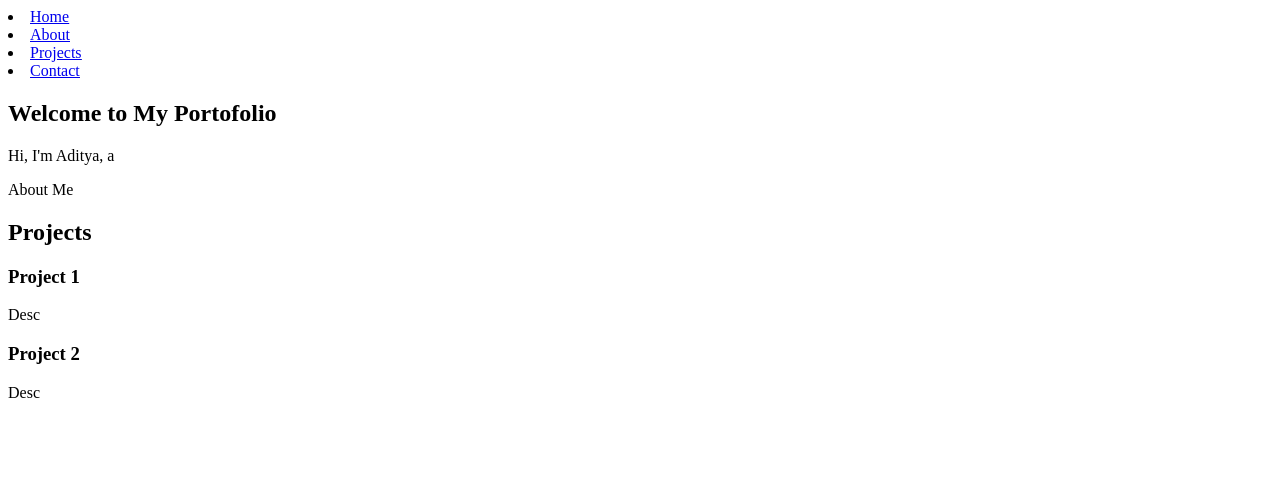
Repository: 4Kbrain/Portofolio
Page: index.html
An editor plug-in stored every save of this project. The page is shown before and after a run of saves, followed by the edit.
The browser window is 1280 px wide. The pictures show the whole page.

Above is the page before, as saved 2024-05-15 07:31:54.

After the next 2 saves:
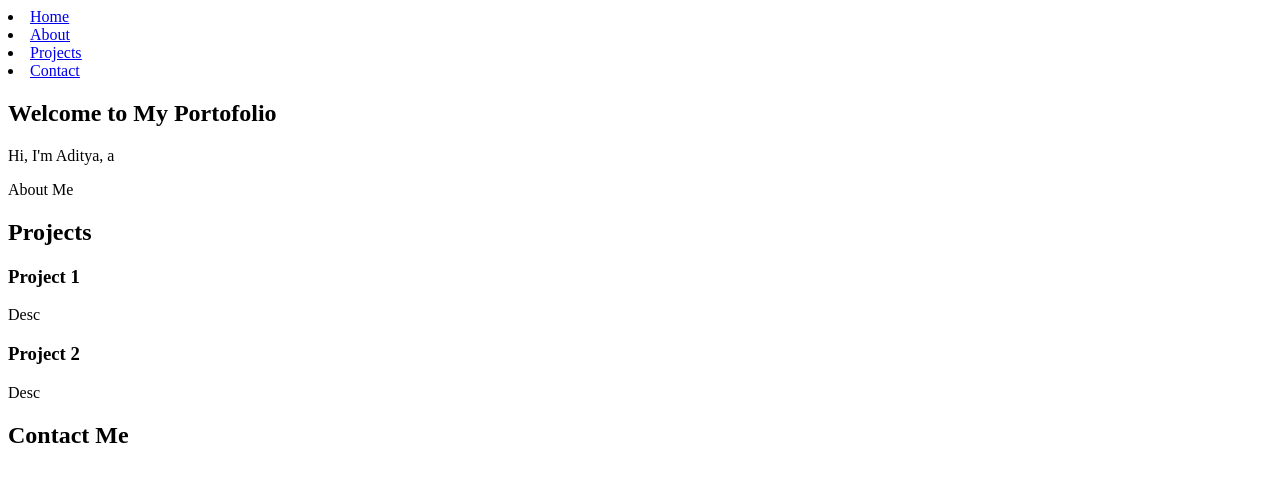
The 2 saves are shown as one change because they came seconds apart.
The last was saved 6 s later.
--- a/index.html
+++ b/index.html
@@ -40,7 +40,7 @@
 </section>
 
 <section id="contact">
-
+    <h2>Contact Me</h2>
 </section>
 </body>
 </html>
